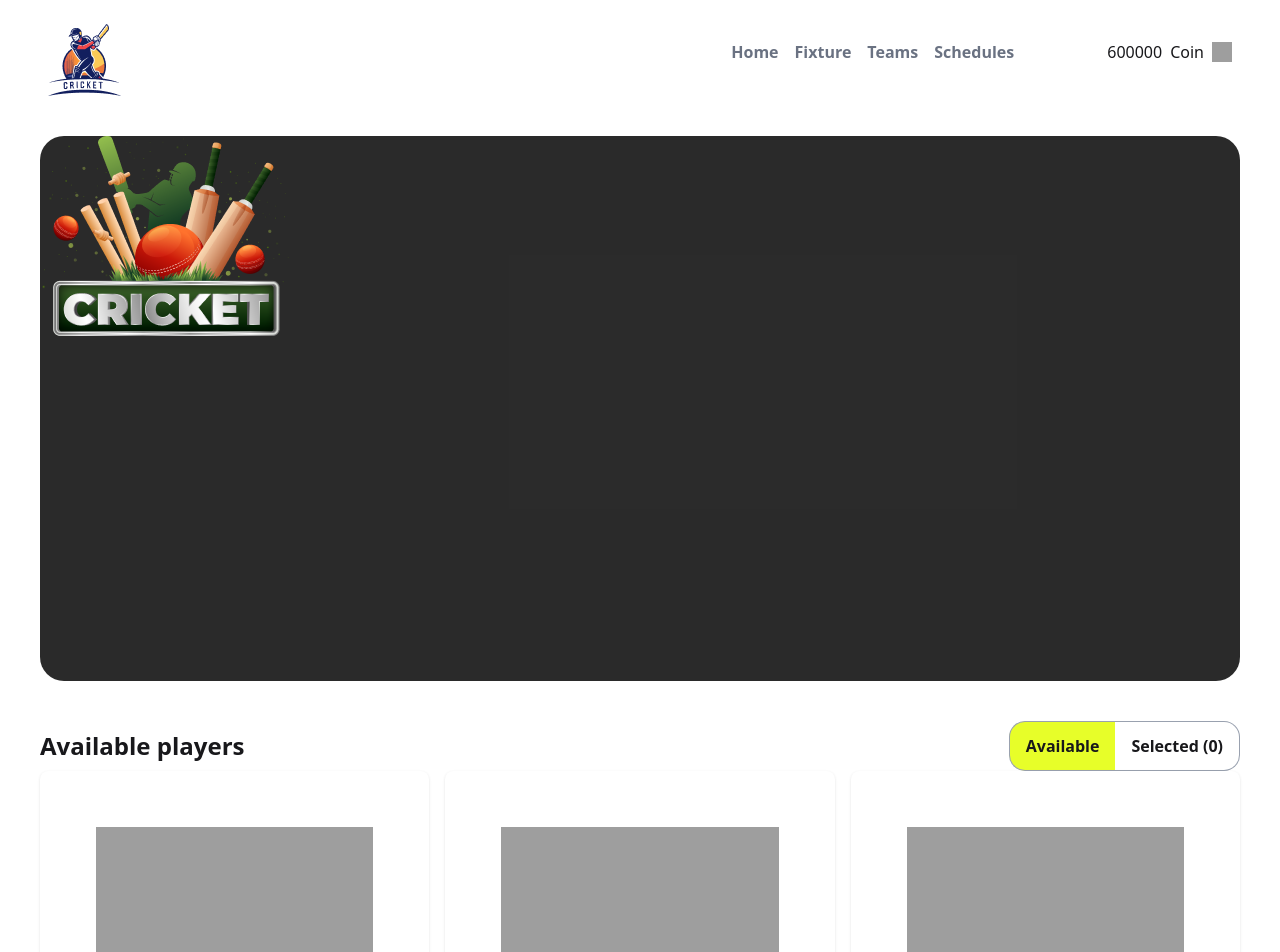
Repository: SanjidaSnigdha/Select-your-eleven
Page: /
These files come from the project's save history. The page is drawn as it stood at one moment and after the next save; the edit follows.
The browser window is 1280 px wide. The pictures show the part of the page from y = 0 to 952 px (the page is 3147 px tall).
Pictures or frames that could not be fetched are drawn as grey boxes. The project was rebuilt for these pictures with package versions that can differ from the ones it lists, and the page was loaded fresh each time. Also part of the build but not shown: vite.config.js, src/App.css, src/components/SelectedCard/SelectedCard.jsx, src/components/SelectedPlayers/SelectedPlayers.jsx.

Above is the page before, as saved 2026-03-22 21:51:27.

### index.html
<!doctype html>
<html lang="en" style="color-scheme: light;">
  <head>
    <meta charset="UTF-8" />
    <link rel="icon" type="image/svg+xml" href="/favicon.svg" />
    <meta name="viewport" content="width=device-width, initial-scale=1.0" />
    <title>select-your-eleven</title>
  </head>
  <body>
    <div id="root"></div>
    <script type="module" src="/src/main.jsx"></script>
  </body>
</html>

### src/index.css
 @import "tailwindcss";
 @plugin "daisyui" {
  themes: light --default, dark --prefersdark;
  themes: light --default;
 }

### src/App.jsx

import './App.css'
import { ToastContainer } from 'react-toastify';

import AvailablePlayers from './components/AvailablePlayers/AvailablePlayers'
import SelectedPlayers from './components/SelectedPlayers/SelectedPlayers'
import Navbar from './components/Navbar/Navbar'
import { Suspense, useState } from 'react'
import Banner from './components/Banner/Banner';

const fetchPlayers = async () =>{
  const res = await fetch("/players.json")
  return res.json()
}
const playersPromise = fetchPlayers()


function App() {
  const [toggle,setToggle] = useState(true)
  const [availableBalance,setAvailableBalance] = useState(600000)
  const [purchasedPlayers,setPurchasedPlayers] = useState([])
  const removePlayer = (p) =>{
    const filteredData = purchasedPlayers.filter(ply=> ply.player_name!==p.player_name)
    console.log(filteredData)
    setPurchasedPlayers(filteredData)
    setAvailableBalance(availableBalance+parseInt(p.price.split("USD").join("").
                split(",").join("")))

  }

  return (
    <>
   <Navbar availableBalance={availableBalance}></Navbar>
   <Banner></Banner>
   <div className='max-w-[1200px] mx-auto flex justify-between items-center'>
    <h1 className='font-bold text-2xl'>{
    toggle===true?"Available players":`Selected players(${purchasedPlayers.length}/6)`}</h1>
    <div className='font-bold'>
      <button onClick={()=>setToggle(true)} className={`py-3 px-4 border-1 border-gray-400 rounded-l-2xl border-r-0 ${toggle===true?"bg-[#E7FE29]":""}`}>Available</button>
      <button onClick={()=>setToggle(false)} className={`py-3 px-4 border-1 border-gray-400 rounded-r-2xl border-l-0 ${toggle===false?"bg-[#E7FE29]":""}`}>Selected <span>({purchasedPlayers.length})</span></button>
    </div>

   </div>

     {
      toggle === true?<Suspense fallback={<span className="loading loading-spinner loading-xl"></span>
}>
    <AvailablePlayers purchasedPlayers={purchasedPlayers} setPurchasedPlayers={setPurchasedPlayers} availableBalance={availableBalance} setAvailableBalance={setAvailableBalance} playersPromise={playersPromise}></AvailablePlayers>
</Suspense>:<SelectedPlayers removePlayer={removePlayer} purchasedPlayers={purchasedPlayers} setToggle={setToggle}></SelectedPlayers>

     }



      <ToastContainer></ToastContainer>

    </>
  )
}

export default App

### src/components/AvailablePlayers/AvailablePlayers.jsx
import React, { use } from 'react';

import PlayerCard from '../PlayerCard/PlayerCard';

const AvailablePlayers = ({playersPromise,setAvailableBalance,availableBalance,purchasedPlayers,setPurchasedPlayers}) => {
    const playerData = use(playersPromise)
    return (
        <div className='max-w-[1200px] mx-auto grid grid-cols-1 md:grid-cols-3 gap-4'>

            {
              playerData.map(player=><PlayerCard setPurchasedPlayers={setPurchasedPlayers} purchasedPlayers={purchasedPlayers} availableBalance={availableBalance} setAvailableBalance={setAvailableBalance} player={player}></PlayerCard>


              )
            }

        </div>
    );
};

export default AvailablePlayers;

### src/components/Navbar/Navbar.jsx
import React from 'react';
import navImg from "../../assets/logo.png"
import dollarImg from "../../assets/dollar-1.png"

const Navbar = ({availableBalance}) => {
    return (

         <div className="navbar max-w-[1200px] mx-auto">
          <div className="flex-1">
            <a className="text-xl">
              <img className="w-60px h-50px mt-4" src={navImg} alt="" />
           </a>
          </div>
          <div className='flex justify-between items-center text-gray-500 w-60 h-20 font-semibold mr-30 gap-4'>
            <a>Home</a>
            <a>Fixture</a>
            <a>Teams</a>
            <a>Schedules</a>
          </div>
          <div className="flex items-center gap-1 ml-4">
          <span className='mr-1'>{availableBalance}</span>
          <span className='mr-1'>Coin</span>
          <img className="w-5 h-5" src={dollarImg} alt="" />
         </div>
       </div>
    );

};

export default Navbar;

### src/components/Banner/Banner.jsx
import React from 'react';
import bannerImg from '../../assets/banner-main.png'

const Banner = () => {
    return (
        <div className='max-w-[1200px] mx-auto h-[545px] bg-[#131313]/90 mt-8 mb-10 rounded-3xl'>
           <img src={bannerImg} alt="" />
        </div>
    );
};

export default Banner;

### src/components/PlayerCard/PlayerCard.jsx
import React, { useState } from 'react';
import userImg from "../../assets/man.png"
import flagImg from "../../assets/flag.jpg"
import { toast } from 'react-toastify';

const PlayerCard = ({player,setAvailableBalance,availableBalance,purchasedPlayers,setPurchasedPlayers}) => {
    const [isSelected,setIsSelected] = useState(false)

    const handleSelected = (playerData) =>{
        const playerPrice = parseInt(playerData.price.split("USD").join("").
                split(",").join(""))
                if(availableBalance<playerPrice){
                    toast("Not enough coins!!")
                    return
                }
                if(purchasedPlayers.length===6){
                    toast("6 players already selected")
                    return
                }

         setIsSelected(true)
                setAvailableBalance(availableBalance - playerPrice);
                setPurchasedPlayers([...purchasedPlayers,playerData])


    };
    return (
                        <div className="card bg-base-100 shadow-sm p-4">
         <figure className="px-10 pt-10">
           <img
             src={player.player_image}
             alt="Shoes"
             className='w-full h-[280px] object-cover'
              />
         </figure>
         <div className="mt-4">
           <div className='flex'>
               <img className='w-8 h-8' src={userImg} alt="" /><h2 className='card-title ml-2'>{player.player_name}</h2>
           </div>
           <div className='flex justify-between mt-4 border-b-2 border-gray-400 pb-2'>
       <div className='flex items-center'>
           <img className='w-8 h-8' src={flagImg} alt="" />
           <span className='ml-2'>{player.player_country}</span>
           </div>
           <button className='btn'>{player.playing_role}</button>
           </div>
       <div className='flex justify-between font-bold'>
           <span>{player.rating}</span>

       </div>
       <div className='flex justify-between mt-4'>
           <span className='font-bold'>{player.bating_style}</span>
           <span>{player.bowling_style}</span>
       </div>

           <div className="card-actions mt-3 flex justify-between items-center">
               <p className='font-bold'>${player.price}</p>
             <button disabled={isSelected} onClick={()=>{handleSelected(player)

             }} className="btn">{isSelected===true?"Selected":"Choose player"}</button>
           </div>
         </div>
       </div>
    );
};

export default PlayerCard;

### public/players.json
[
  {
    "player_image": "https://i.ibb.co.com/CKt7DdsZ/shakib-al-hasan-smiling-8olow941lckcha6b.jpg",
    "player_name": "Shakib Al Hasan",
    "player_country": "Bangladesh",
    "playing_role": "All-Rounder",
    "rating": 9.5,
    "bating_style": "Left-hand bat",
    "bowling_style": "Slow left-arm orthodox",
    "price": "75,000 USD"
  },
  {
    "player_image": "https://i.ibb.co.com/WWKnGkNs/Faf-du-Plessis.jpg",
    "player_name": "Faf du Plessis",
    "player_country": "South Africa",
    "playing_role": "Batsman",
    "rating": 9.0,
    "bating_style": "Right-hand bat",
    "bowling_style": "Right-arm medium",
    "price": "70,000 USD"
  },
  {
    "player_image": "https://i.ibb.co.com/XZxnnz3F/Rashid-Khan.jpg",
    "player_name": "Rashid Khan",
    "player_country": "Afghanistan",
    "playing_role": "Bowler",
    "rating": 9.8,
    "bating_style": "Right-hand bat",
    "bowling_style": "Right-arm leg spin",
    "price": "85,000 USD"
  },
  {
    "player_image": "https://i.ibb.co.com/4w5xgSNn/liton-das.jpg",
    "player_name": "Liton Das",
    "player_country": "Bangladesh",
    "playing_role": "Wicketkeeper-Batsman",
    "rating": 8.7,
    "bating_style": "Right-hand bat",
    "bowling_style": "None",
    "price": "60,000 USD"
  },
  {
    "player_image": "https://i.ibb.co.com/391gsfv8/Andre-Russell.jpg",
    "player_name": "Andre Russell",
    "player_country": "West Indies",
    "playing_role": "All-Rounder",
    "rating": 9.6,
    "bating_style": "Right-hand bat",
    "bowling_style": "Right-arm fast",
    "price": "90,000 USD"
  },
  {
    "player_image": "https://i.ibb.co.com/67D8FvCn/Mustafizur-Rahman.webp",
    "player_name": "Mustafizur Rahman",
    "player_country": "Bangladesh",
    "playing_role": "Bowler",
    "rating": 8.9,
    "bating_style": "Left-hand bat",
    "bowling_style": "Left-arm fast-medium",
    "price": "65,000 USD"
  },
  {
    "player_image": "https://i.ibb.co.com/h1wRWkVC/David-Warner.jpg",
    "player_name": "David Warner",
    "player_country": "Australia",
    "playing_role": "Batsman",
    "rating": 9.4,
    "bating_style": "Left-hand bat",
    "bowling_style": "Right-arm leg spin",
    "price": "95,000 USD"
  },
  {
    "player_image": "https://i.ibb.co.com/0VsmTGGY/Sunil-Narine.jpg",
    "player_name": "Sunil Narine",
    "player_country": "West Indies",
    "playing_role": "All-Rounder",
    "rating": 9.2,
    "bating_style": "Left-hand bat",
    "bowling_style": "Right-arm off spin",
    "price": "80,000 USD"
  },
  {
    "player_image": "https://i.ibb.co.com/HpkRbDz3/Babar.png",
    "player_name": "Babar Azam",
    "player_country": "Pakistan",
    "playing_role": "Batsman",
    "rating": 9.3,
    "bating_style": "Right-hand bat",
    "bowling_style": "None",
    "price": "92,000 USD"
  },
  {
    "player_image": "https://i.ibb.co.com/dsk08w2x/Lasith-Malinga1.jpg",
    "player_name": "Lasith Malinga",
    "player_country": "Sri Lanka",
    "playing_role": "Bowler",
    "rating": 9.1,
    "bating_style": "Right-hand bat",
    "bowling_style": "Right-arm fast",
    "price": "78,000 USD"
  },
  {
    "player_image": "https://i.ibb.co.com/s9vHr4tS/Ben-Stokes.png",
    "player_name": "Ben Stokes",
    "player_country": "England",
    "playing_role": "All-Rounder",
    "rating": 9.7,
    "bating_style": "Left-hand bat",
    "bowling_style": "Right-arm fast-medium",
    "price": "100,000 USD"
  },
  {
    "player_image": "https://i.ibb.co.com/gFhPmT1c/Quinton-de-Kock1.jpg",
    "player_name": "Quinton de Kock",
    "player_country": "South Africa",
    "playing_role": "Wicketkeeper-Batsman",
    "rating": 9.0,
    "bating_style": "Left-hand bat",
    "bowling_style": "None",
    "price": "88,000 USD"
  }
]

Loaded but not shown: src/main.jsx (common file)

After the next save:
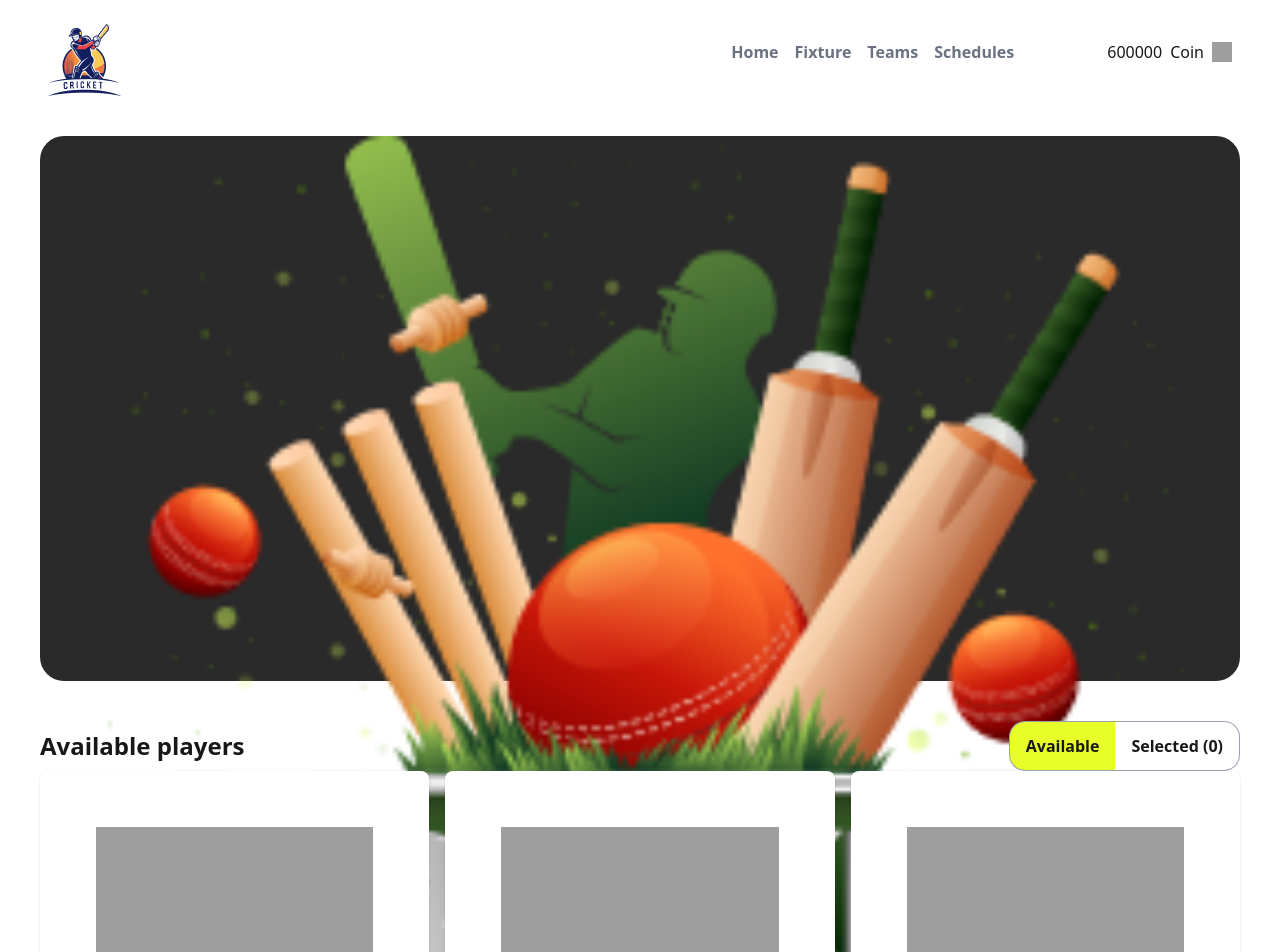
Saved 73 s later.
--- a/src/components/Banner/Banner.jsx
+++ b/src/components/Banner/Banner.jsx
@@ -4,7 +4,7 @@ import bannerImg from '../../assets/banner-main.png'
 const Banner = () => {
     return (
         <div className='max-w-[1200px] mx-auto h-[545px] bg-[#131313]/90 mt-8 mb-10 rounded-3xl'>
-           <img src={bannerImg} alt="" />
+           <img src={bannerImg} alt="" className='w-11/12 mx-auto'/>
         </div>
     );
 };
